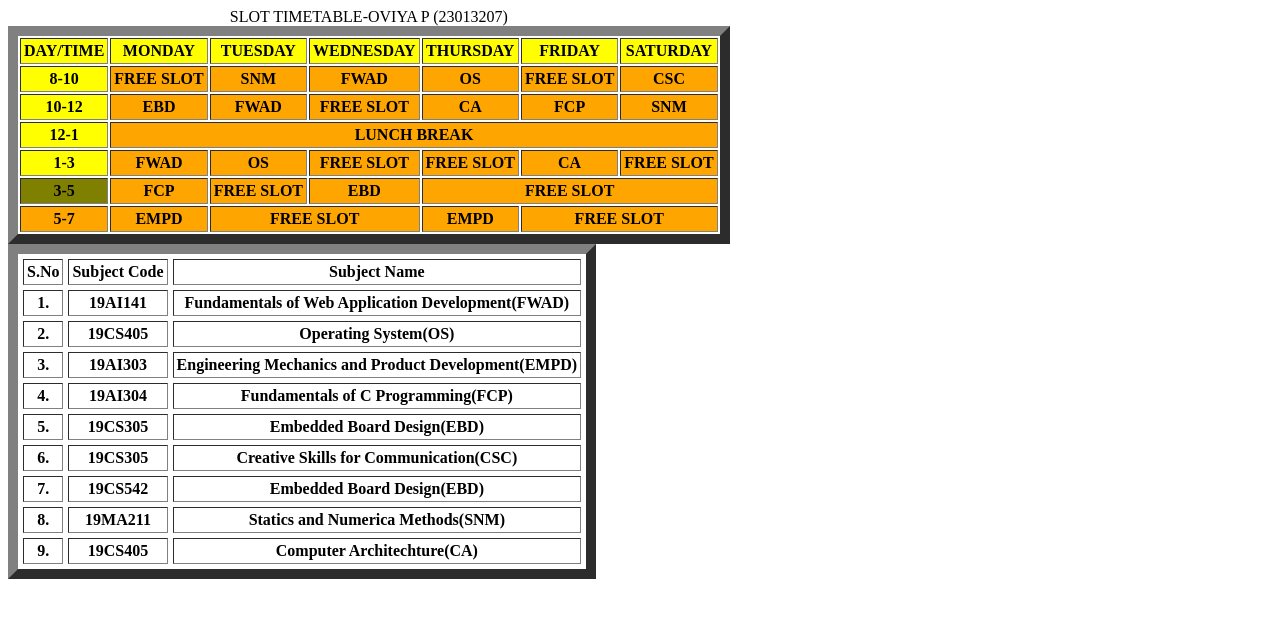
Repository: Oviya24032K6/slot
Page: oviya/static/time.html
An editor plug-in stored every save of this project. The page is shown before and after the next save, followed by the edit.
The browser window is 1280 px wide. The pictures show the whole page.

Above is the page before, as saved 2024-03-15 20:38:51.

### oviya/static/time.html
<html>
    <head>
        <title>SLOT TIMETABLE-OVIYA P (23013207)</title>
    </head>
    <body bgcolor="white" align="center" >
    <table align="left" border="10" cellspacing="2" cellpadding="3">
    <caption>SLOT TIMETABLE-OVIYA P (23013207)</caption>
        <tr>
            <th bgcolor="yellow">DAY/TIME</th>
            <th bgcolor="yellow">MONDAY</th>
            <th bgcolor="yellow">TUESDAY</th>
            <th bgcolor="yellow">WEDNESDAY</th>
            <th bgcolor="yellow">THURSDAY</th>
            <th bgcolor="yellow">FRIDAY</th>
            <th bgcolor="yellow">SATURDAY</th>
        </tr>
        <tr>
            <th bgcolor="yellow">8-10</th>
            <th bgcolor="orange">FREE SLOT</th>
            <th bgcolor="orange">SNM</th>
            <th bgcolor="orange">FWAD</th>
            <th bgcolor="orange">OS</th>
            <th bgcolor="orange">FREE SLOT</th>
            <th bgcolor="orange">CSC</th>
        </tr>
        <tr>
            <th bgcolor="yellow">10-12</th>
            <th bgcolor="orange">EBD</th>
            <th bgcolor="orange">FWAD</th>
            <th bgcolor="orange">FREE SLOT</th>
            <th bgcolor="orange">CA</th>
            <th bgcolor="orange">FCP</th>
            <th bgcolor="orange">SNM</th>
        </tr>
        <tr>
            <th bgcolor="yellow">12-1</th>
            <th bgcolor="orange" colspan="6">LUNCH BREAK</th>
        </tr>
        <tr>
            <th bgcolor="yellow">1-3</th>
            <th bgcolor="orange">FWAD</th>
            <th bgcolor="orange">OS</th>
            <th bgcolor="orange">FREE SLOT</th>
            <th bgcolor="orange">FREE SLOT</th>
            <th bgcolor="orange">CA</th>
            <th bgcolor="orange">FREE SLOT</th>
        </tr>
        <tr>
            <th bgcolor="olive">3-5</th>
            <th bgcolor="orange">FCP</th>
            <th bgcolor="orange">FREE SLOT</th>
            <th bgcolor="orange">EBD</th>
            <th bgcolor="orange" colspan="4">FREE SLOT</th>
        </tr>
        <tr>
            <th bgcolor="orange">5-7</th>
            <th bgcolor="orange" >EMPD</th>
            <th bgcolor="orange" colspan="2">FREE SLOT</th>
            <th bgcolor="orange" >EMPD</th>
            <th bgcolor="orange" colspan="2">FREE SLOT</th>

        </tr>

    </table>
    <br>
    <br>
    <table align="left" border="10" cellspacing="5" cellpadding="3">
        <tr>
            <th>S.No</th>
            <th>Subject Code</th>
            <th>Subject Name</th>
        </tr>
        <tr>
            <th>1.</th>
            <th>19AI141</th>
            <th>Fundamentals of Web Application Development(FWAD)</th>
        </tr>
        <tr>
            <th>2.</th>
            <th>19CS405</th>
            <th>Operating System(OS)</th>
        </tr>
        <tr>
            <th>3.</th>
            <th>19AI303</th>
            <th>Engineering Mechanics and Product Development(EMPD)</th>
        </tr>
        <tr>
            <th>4.</th>
            <th>19AI304</th>
            <th>Fundamentals of C Programming(FCP)</th>
        </tr>
        <tr>
            <th>5.</th>
            <th>19CS305</th>
            <th>Embedded Board Design(EBD)</th>
        </tr>
        <tr>
            <th>6.</th>
            <th>19CS305</th>
            <th>Creative Skills for Communication(CSC)</th>
        </tr>
        <tr>
            <th>7.</th>
            <th>19CS542</th>
            <th>Embedded Board Design(EBD)</th>
        </tr>
        <tr>
            <th>8.</th>
            <th>19MA211</th>
            <th>Statics and Numerica Methods(SNM)</th>
        </tr>
        <tr>
            <th>9.</th>
            <th>19CS405</th>
            <th>Computer Architechture(CA)</th>
        </tr>
    </table>
</body>
</html>
</html>

After the next save:
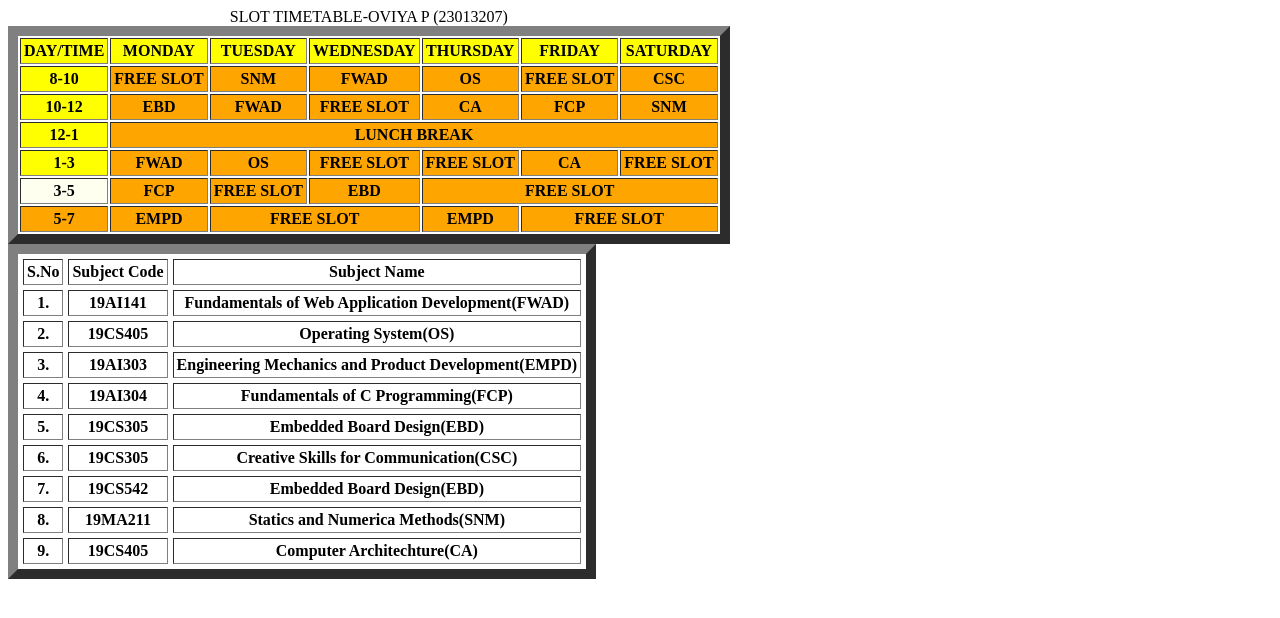
Saved 13 s later.
--- a/oviya/static/time.html
+++ b/oviya/static/time.html
@@ -46,7 +46,7 @@
             <th bgcolor="orange">FREE SLOT</th>
         </tr>
         <tr>
-            <th bgcolor="olive">3-5</th>
+            <th bgcolor="ivory">3-5</th>
             <th bgcolor="orange">FCP</th>
             <th bgcolor="orange">FREE SLOT</th>
             <th bgcolor="orange">EBD</th>
